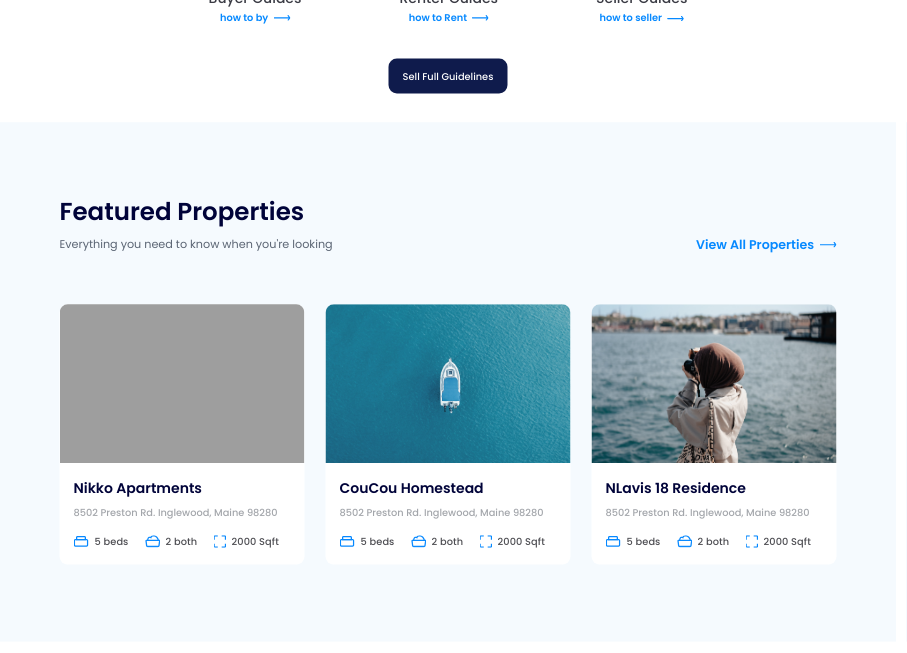
Repository: Kazuto-2004/f8-htmlcss-01
Page: index.html
The author's editor kept a copy of each file at every save. The page is drawn from the files as they stood at one save, then again after the next save.
The browser window is 1280 px wide. The page is 1295 px wide, so the pictures cover 1295 px, including what lies to the right of the window. The pictures show the part of the page from y = 1521 to 3401 px (the page is 2454 px tall before and 3401 px after), at 70% of full size.
Pictures or frames that could not be fetched are drawn as grey boxes.

Above is the page before, as saved 2023-07-11 14:23:29.

### index.html
<!DOCTYPE html>
<html lang="en">
    <head>
        <meta charset="UTF-8" />
        <meta name="viewport" content="width=device-width, initial-scale=1.0" />
        <title>F8 Project01</title>
        <link rel="stylesheet" href="./assets/css/reset.css" />
        <!-- Embed fonts -->
        <link rel="preconnect" href="https://fonts.googleapis.com" />
        <link rel="preconnect" href="https://fonts.gstatic.com" crossorigin />
        <link
            href="https://fonts.googleapis.com/css2?family=Lato:wght@700&display=swap"
            rel="stylesheet" />
        <link rel="stylesheet" href="./assets/fonts/stylesheet.css" />
        <!-- <style> style</style> -->
        <link rel="stylesheet" href="assets/css/styles.css" />
    </head>
    <body>
        <main style="height: 1000px">
            <!-- Header -->
            <header class="header">
                <div class="content">
                    <nav class="navbar">
                        <!-- Logo -->
                        <img src="./assets/img/Logo.svg" alt="Besnik." />
                        <!-- Navigation -->
                        <ul>
                            <li>
                                <a href="#!">Home</a>
                            </li>
                            <li>
                                <a href="#!">Features</a>
                            </li>
                            <li>
                                <a href="#!">Services</a>
                            </li>
                            <li>
                                <a href="#!">Resources</a>
                            </li>
                            <li>
                                <a href="#!">Contact</a>
                            </li>
                        </ul>
                        <!-- Action -->
                        <div class="action">
                            <a href="#!" class="action-link">Sign in</a>
                            <a href="#!" class="btn action-btn">Sign up</a>
                        </div>
                    </nav>
                    <div class="hero">
                        <div class="info">
                            <p class="sub-title">Welcome to Besnik Agency</p>
                            <h1 class="title">
                                Discover a place you'll love to live.
                            </h1>
                            <p class="desc">
                                Get the best real estate deals first, before
                                they hit the mass market! HOT FORECLOSURE DEALS
                                with one simple search.
                            </p>
                            <!-- call to action -->
                            <a href="#!" class="btn hero-cta">More About Us</a>
                        </div>

                        <img
                            src="./assets/img/hero-img.svg"
                            alt="Discover a place you'll love to live."
                            class="hero-img" />
                    </div>
                </div>
            </header>

            <!-- clients -->
            <div class="clients">
                <div class="content">
                    <div class="row">
                        <!-- logo -->
                        <img src="./assets/img/Logo.svg" alt="Besnik." />

                        <!-- star -->
                        <div class="star">
                            <img src="./assets/img/Star.svg" alt="" />
                        </div>
                    </div>
                    <div class="row row-desc">
                        <p class="desc">
                            More than 45,000+ companies trust besnik
                        </p>
                        <p class="desc">5 Star Ratings (2k+ Review)</p>
                    </div>
                    <div class="image">
                        <img src="./assets/img/meundies.svg" alt="me undies" />
                        <img src="./assets/img/slack.svg" alt="slack" />
                        <img src="./assets/img/amazon.svg" alt="amazon" />
                        <img
                            src="./assets/img/woocommerce.svg"
                            alt="woo commerce" />
                        <img src="./assets/img/sitepoint.svg" alt="sitepoint" />
                    </div>
                </div>
            </div>

            <!-- Guides -->
            <div class="guides">
                <div class="content">
                    <h2 class="sub-title">How its works?</h2>
                    <p class="desc">
                        Everything you need to know when you're looking to buy,
                        rent, or sell - all in one place.
                    </p>

                    <!--  list guide -->
                    <ul class="list-guide">
                        <li class="guide-item">
                            <img
                                src="./assets/img/Buyer.svg"
                                alt="Buyer"
                                class="icon" />
                            <h3 class="title">Buyer Guides</h3>
                            <a href="#!" class="link">
                                <span>how to by</span>
                                <img
                                    src="./assets/img/arow-right.svg"
                                    alt="arrow-right"
                                    class="arrow" />
                            </a>
                        </li>
                        <li class="guide-item">
                            <img
                                src="./assets/img/renter.svg"
                                alt="renter"
                                class="icon" />
                            <h3 class="title">Renter Guides</h3>
                            <a href="#!" class="link">
                                <span>how to Rent</span>
                                <img
                                    src="./assets/img/arow-right.svg"
                                    alt="arrow-right"
                                    class="arrow" />
                            </a>
                        </li>
                        <li class="guide-item">
                            <img
                                src="./assets/img/seller.svg"
                                alt="sellert"
                                class="icon" />
                            <h3 class="title">Seller Guides</h3>
                            <a href="#!" class="link">
                                <span>how to seller</span>
                                <img
                                    src="./assets/img/arow-right.svg"
                                    alt="arrow-right"
                                    class="arrow" />
                            </a>
                        </li>
                    </ul>

                    <div class="guide-cta">
                        <a href="#!" class="btn">Sell Full Guidelines</a>
                    </div>
                </div>
            </div>

            <!-- Featured -->
            <div class="featured">
                <div class="content">
                    <header>
                        <h2 class="sub-title">Featured Properties</h2>
                        <div class="row">
                            <p class="desc">
                                Everything you need to know when you're looking
                            </p>
                            <a href="#!" class="link"
                                ><span>View All Properties</span
                                ><img
                                    src="./assets/img/arow-right.svg"
                                    alt="arrow"
                                    class="arrow"
                            /></a>
                        </div>
                    </header>

                    <div class="list">
                        <!-- Featured 1 -->
                        <div class="item">
                            <a href="#!">
                                <img
                                    src="./assets/img/featured1.jpg"
                                    alt="Nikko Apartments"
                                    class="thumb" />
                            </a>
                            <div class="body">
                                <h3 class="title">
                                    <a href="#!" class="line-clamp">Nikko Apartments</a>
                                </h3>
                                <p class="desc line-clamp">
                                    8502 Preston Rd. Inglewood, Maine 98280
                                </p>
                                <div class="info">
                                    <img
                                        src="./assets/img/beds.svg"
                                        alt=""
                                        class="icon" />
                                    <span class="label">5 beds</span>

                                    <img
                                        src="./assets/img/both.svg"
                                        alt=""
                                        class="icon" />
                                    <span class="label">2 both</span>

                                    <img
                                        src="./assets/img/sqft.svg"
                                        alt=""
                                        class="icon" />
                                    <span class="label">2000 Sqft</span>
                                </div>
                            </div>
                        </div>

                        <!-- Featured 2 -->
                        <div class="item">
                            <a href="#!">
                                <img
                                    src="./assets/img/featured2.jpg"
                                    alt="CouCou Homestead"
                                    class="thumb" />
                            </a>
                            <div class="body">
                                <h3 class="title">
                                    <a href="#!" class="line-clamp">CouCou Homestead</a>
                                </h3>
                                <p class="desc line-clamp">
                                    8502 Preston Rd. Inglewood, Maine 98280
                                </p>
                                <div class="info">
                                    <img
                                        src="./assets/img/beds.svg"
                                        alt=""
                                        class="icon" />
                                    <span class="label">5 beds</span>

                                    <img
                                        src="./assets/img/both.svg"
                                        alt=""
                                        class="icon" />
                                    <span class="label">2 both</span>

                                    <img
                                        src="./assets/img/sqft.svg"
                                        alt=""
                                        class="icon" />
                                    <span class="label">2000 Sqft</span>
                                </div>
                            </div>
                        </div>

                        <!-- Featured 3 -->
                        <div class="item">
                            <a href="#!">
                                <img
                                    src="./assets/img/featured3.jpg"
                                    alt="Lavis 18 Residence"
                                    class="thumb" />
                            </a>
                            <div class="body">
                                <h3 class="title">
                                    <a href="#!" class="line-clamp">NLavis 18 Residence</a>
                                </h3>
                                <p class="desc line-clamp" >
                                    8502 Preston Rd. Inglewood, Maine 98280
                                </p>
                                <div class="info">
                                    <img
                                        src="./assets/img/beds.svg"
                                        alt=""
                                        class="icon" />
                                    <span class="label">5 beds</span>

                                    <img
                                        src="./assets/img/both.svg"
                                        alt=""
                                        class="icon" />
                                    <span class="label">2 both</span>

                                    <img
                                        src="./assets/img/sqft.svg"
                                        alt=""
                                        class="icon" />
                                    <span class="label">2000 Sqft</span>
                                </div>
                            </div>
                        </div>
                    </div>
                </div>
            </div>

            <!-- Stats -->
            <div class="stats">
                <div class="content">
                    <div class="row">
                        <div class="img-block">
                            <img src="" alt="">
                        </div>
                        <div class="info">
                            <h2 class="sub-title"></h2>
                            <p class="desc"></p>
                        </div>
                    </div>
                </div>
            </div>
        </main>
    </body>
</html>

### assets/fonts/stylesheet.css
/* ======== Poppins ========== */
@font-face {
    font-family: "Poppins";
    src: url("Poppins/Poppins-ExtraBold.woff2") format("woff2"),
        url("Poppins/Poppins-ExtraBold.woff") format("woff");
    font-weight: bold;
    font-style: normal;
    font-display: swap;
}

@font-face {
    font-family: "Poppins";
    src: url("Poppins/Poppins-ExtraBoldItalic.woff2") format("woff2"),
        url("Poppins/Poppins-ExtraBoldItalic.woff") format("woff");
    font-weight: bold;
    font-style: italic;
    font-display: swap;
}

@font-face {
    font-family: "Poppins";
    src: url("Poppins/Poppins-Bold.woff2") format("woff2"),
        url("Poppins/Poppins-Bold.woff") format("woff");
    font-weight: bold;
    font-style: normal;
    font-display: swap;
}

@font-face {
    font-family: "Poppins";
    src: url("Poppins/Poppins-BlackItalic.woff2") format("woff2"),
        url("Poppins/Poppins-BlackItalic.woff") format("woff");
    font-weight: 900;
    font-style: italic;
    font-display: swap;
}

@font-face {
    font-family: "Poppins";
    src: url("Poppins/Poppins-BoldItalic.woff2") format("woff2"),
        url("Poppins/Poppins-BoldItalic.woff") format("woff");
    font-weight: bold;
    font-style: italic;
    font-display: swap;
}

@font-face {
    font-family: "Poppins";
    src: url("Poppins/Poppins-Black.woff2") format("woff2"),
        url("Poppins/Poppins-Black.woff") format("woff");
    font-weight: 900;
    font-style: normal;
    font-display: swap;
}

@font-face {
    font-family: "Poppins";
    src: url("Poppins/Poppins-MediumItalic.woff2") format("woff2"),
        url("Poppins/Poppins-MediumItalic.woff") format("woff");
    font-weight: 500;
    font-style: italic;
    font-display: swap;
}

@font-face {
    font-family: "Poppins";
    src: url("Poppins/Poppins-ExtraLightItalic.woff2") format("woff2"),
        url("Poppins/Poppins-ExtraLightItalic.woff") format("woff");
    font-weight: 200;
    font-style: italic;
    font-display: swap;
}

@font-face {
    font-family: "Poppins";
    src: url("Poppins/Poppins-Light.woff2") format("woff2"),
        url("Poppins/Poppins-Light.woff") format("woff");
    font-weight: 300;
    font-style: normal;
    font-display: swap;
}

@font-face {
    font-family: "Poppins";
    src: url("Poppins/Poppins-LightItalic.woff2") format("woff2"),
        url("Poppins/Poppins-LightItalic.woff") format("woff");
    font-weight: 300;
    font-style: italic;
    font-display: swap;
}

@font-face {
    font-family: "Poppins";
    src: url("Poppins/Poppins-SemiBold.woff2") format("woff2"),
        url("Poppins/Poppins-SemiBold.woff") format("woff");
    font-weight: 600;
    font-style: normal;
    font-display: swap;
}

@font-face {
    font-family: "Poppins";
    src: url("Poppins/Poppins-Medium.woff2") format("woff2"),
        url("Poppins/Poppins-Medium.woff") format("woff");
    font-weight: 500;
    font-style: normal;
    font-display: swap;
}

@font-face {
    font-family: "Poppins";
    src: url("Poppins/Poppins-Regular.woff2") format("woff2"),
        url("Poppins/Poppins-Regular.woff") format("woff");
    font-weight: normal;
    font-style: normal;
    font-display: swap;
}

@font-face {
    font-family: "Poppins";
    src: url("Poppins/Poppins-ExtraLight.woff2") format("woff2"),
        url("Poppins/Poppins-ExtraLight.woff") format("woff");
    font-weight: 200;
    font-style: normal;
    font-display: swap;
}

@font-face {
    font-family: "Poppins";
    src: url("Poppins/Poppins-Italic.woff2") format("woff2"),
        url("Poppins/Poppins-Italic.woff") format("woff");
    font-weight: normal;
    font-style: italic;
    font-display: swap;
}

@font-face {
    font-family: "Poppins";
    src: url("Poppins/Poppins-SemiBoldItalic.woff2") format("woff2"),
        url("Poppins/Poppins-SemiBoldItalic.woff") format("woff");
    font-weight: 600;
    font-style: italic;
    font-display: swap;
}

@font-face {
    font-family: "Poppins";
    src: url("Poppins/Poppins-ThinItalic.woff2") format("woff2"),
        url("Poppins/Poppins-ThinItalic.woff") format("woff");
    font-weight: 100;
    font-style: italic;
    font-display: swap;
}

@font-face {
    font-family: "Poppins";
    src: url("Poppins/Poppins-Thin.woff2") format("woff2"),
        url("Poppins/Poppins-Thin.woff") format("woff");
    font-weight: 100;
    font-style: normal;
    font-display: swap;
}

### assets/css/styles.css
* {
    box-sizing: border-box;
}

:root {
    --primary-color: #0f1b4c;
}
html {
    font-size: 62.5%;
}

body {
    font-size: 1.6rem;
    font-family: "Poppins", sans-serif;
}
/* Common */
a {
    text-decoration: none;
}
.content {
    width: 1110px;
    max-width: calc(100% - 48px);
    margin: auto;
}
.btn {
    display: inline-block;
    min-width: 98px;
    padding: 18px 16px;
    border-radius: 12px;
    background: var(--primary-color);
    color: #fff;
    font-size: 1.4rem;
    font-weight: 500;
    text-align: center;
}

.btn:hover {
    opacity: 0.9;
}

.line-clamp {
    display: -webkit-box;
    -webkit-line-clamp: var(--line-clamp, 2);
    -webkit-box-orient: vertical;
    overflow: hidden;
}
/* ==== Header ==== */
.header {
    background-color: #e6f0ff;
    height: 100vh;
    position: relative;
}

.navbar {
    display: flex;
    align-items: center;
    padding-top: 38px;
}

.navbar ul {
    display: flex;
    margin-left: 50px;
}

.navbar .action {
    margin-left: auto;
}

.navbar ul a {
    font-size: 1.4rem;
    font-weight: 500;
    color: #4f5361;
    padding: 8px 14px;
}

.navbar ul a:hover {
    text-decoration: underline;
}

.navbar .action-link {
    color: var(--primary-color);
    font-size: 1.4rem;
    font-weight: 500;
}

.navbar .action-btn {
    padding: 13px 16px;
    margin-left: 18px;
    border-radius: 8px;
}
/* ---hero--- */
.hero {
    margin-top: 130px;
}

.hero .info {
    width: 51%;
}

.hero .sub-title {
    color: #687690;
    font-size: 1.8rem;
    line-height: 1.5;
    letter-spacing: 0.01em;
}

.hero .title {
    margin-top: 8px;
    color: #000336;
    font-size: 6.2rem;
    font-weight: 700;
    line-height: 1.19;
}

.hero .desc {
    margin-top: 30px;
    color: #5a6473;
    font-size: 1.8rem;
    font-weight: 400;
    line-height: 1.78;
}

.hero-cta {
    min-width: 170px;
    margin-top: 40px;
}

.hero-img {
    position: absolute;
    right: calc((100vw - 1110px) / 2 - 100px);
    bottom: 0;
}

/*===== clients ======*/
.clients {
    margin-top: 79px;
    padding: 43px 64px 0px;
}

.clients .row {
    display: flex;
    justify-content: space-between;
}

.clients .desc {
    color: #7d8589;
    font-size: 1.6rem;
    font-weight: 500;
    line-height: 1.25;
}

.clients .row-desc {
    margin-top: 23px;
}

.clients .image {
    margin-top: 96px;
    display: flex;
    justify-content: space-between;
    align-items: center;
}

/*===== guides ======*/
.guides {
    margin-top: 200px;
}

.guides .sub-title {
    position: relative;
    color: #000339;
    text-align: center;
    font-size: 3.5rem;
    font-weight: 600;
    line-height: 1;
}

.guides .sub-title::before {
    position: absolute;
    top: -10px;
    left: 50%;
    transform: translate(-50%);
    content: "";
    display: inline-block;
    width: 41px;
    height: 4px;
    border-radius: 12px;
    background: #000339;
}

.guides .desc {
    width: 459px;
    max-width: 100%;
    color: #5a6473;
    text-align: center;
    font-size: 1.6rem;
    font-weight: 400;
    line-height: 1.88;
    margin: 20px auto 0;
}

.list-guide {
    margin-top: 70px;
    display: flex;
    justify-content: center;
}

.guide-item {
    margin: 0 70px;
    text-align: center;
}

.guide-item .title {
    margin-top: 26px;
    color: #3b3c45;
    font-size: 2rem;
    font-weight: 500;
    line-height: 1.1;
}

.guide-item .link {
    display: inline-block;
    color: #0689ff;
    font-size: 1.4rem;
    font-weight: 600;
    margin-top: 10px;
}

.guide-item .arrow {
    margin-left: 4px;
}

.guide-cta {
    display: flex;
    justify-content: center;
    margin-top: 50px;
}

.guide-cta .btn {
    min-width: 170px;
}

/*======== featured======= */
.featured {
    margin-top: 41px;
    background: #f5fafe;
    padding: 110px 0;
}

.featured .sub-title {
    font-size: 3.5rem;
    font-style: normal;
    font-weight: 600;
    line-height: 1;
    color: #000339;
}

.featured .row {
    display: flex;
    justify-content: space-between;
    margin-top: 15px;
}

.featured .desc {
    color: #5a6473;
    font-size: 1.6rem;
    font-weight: 400;
    line-height: 1.88;
}

.featured .link {
    display: flex;
    align-items: center;
    color: #0689ff;
    font-size: 1.8rem;
    font-weight: 600;
}

.featured .link .arrow {
    margin-left: 8px;
}

.featured .list {
    margin-top: 70px;
    gap: 30px;
    display: flex;
}

.featured .item {
    flex: 1;
    background-color: #fff;
    border-radius: 12px;
}

.featured .item .thumb {
    width: 100%;
    height: 227px;
    object-fit: cover;
    border-top-left-radius: 12px;
    border-top-right-radius: 12px;
}

.featured .item .body {
    padding: 17px 20px 24px;
}

.featured .item .title a{
    color: #000339;
    font-size: 2rem;
    font-weight: 600;
    line-height: 1.5;

}

.featured .item .desc {
    --line-clamp : 3;
    margin-top: 11px;
    color: #a3a6ab;
    font-size: 1.4rem;
    font-weight: 500;
    line-height: 1.5;
    word-wrap:break-words;
}

.featured .item .info {
    margin-top: 21px;
    display: flex;
    align-items: center;
}

.featured .item .icon {
    margin-left: 23px;
}

.featured .item .icon:first-child {
    margin-left: 0;
}
.featured .item .label {
    color: #4d4d52;
    margin-left: 8px;
    font-size: 1.4rem;
    font-weight: 500;
    letter-spacing: 0.01em;
}

Loaded but not shown: assets/css/reset.css (common file)

After the next save:
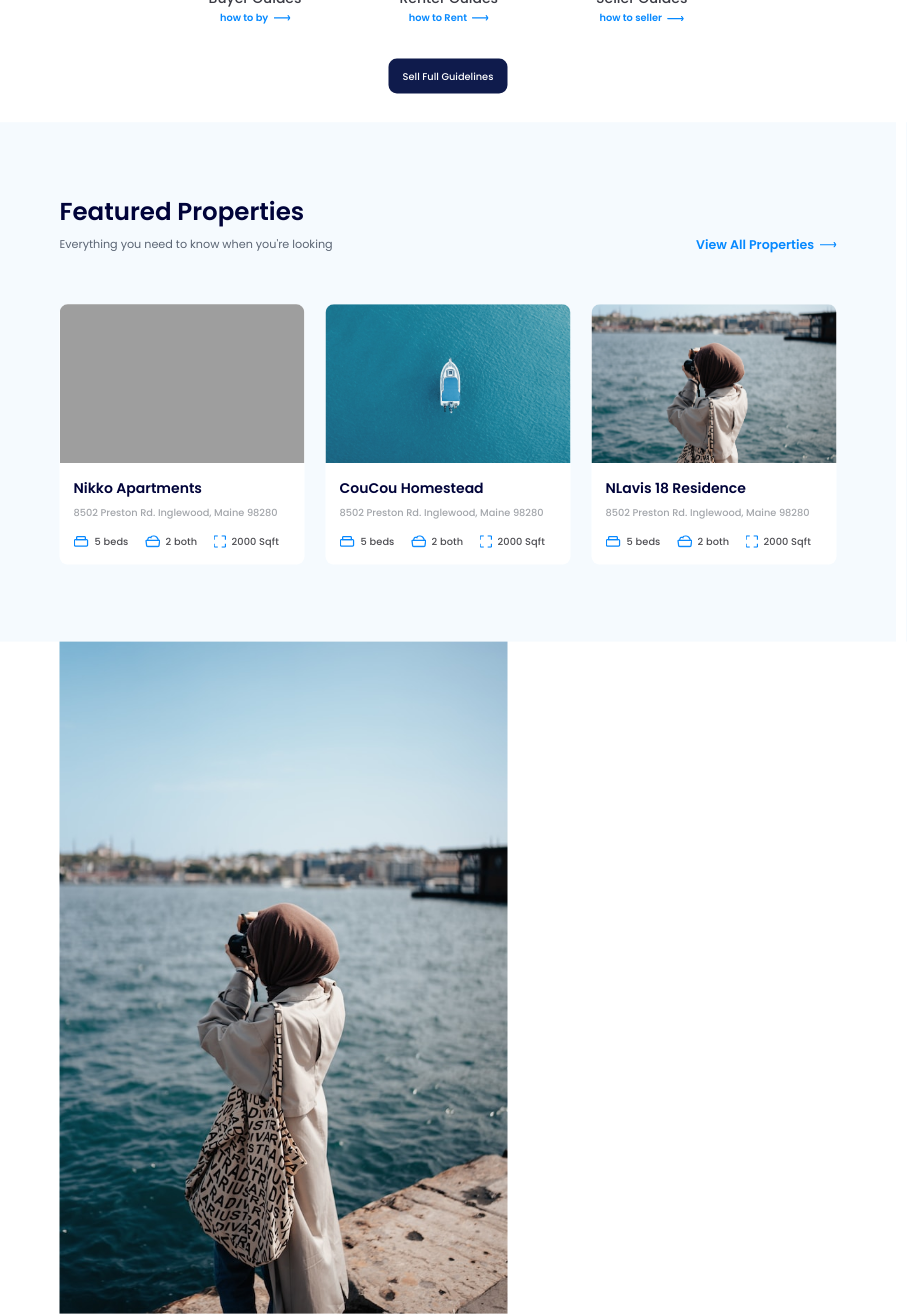
Saved 2 min 31 s later.
--- a/index.html
+++ b/index.html
@@ -300,7 +300,7 @@
                 <div class="content">
                     <div class="row">
                         <div class="img-block">
-                            <img src="" alt="">
+                            <img src="./assets/img/starts.jpg" alt="">
                         </div>
                         <div class="info">
                             <h2 class="sub-title"></h2>
